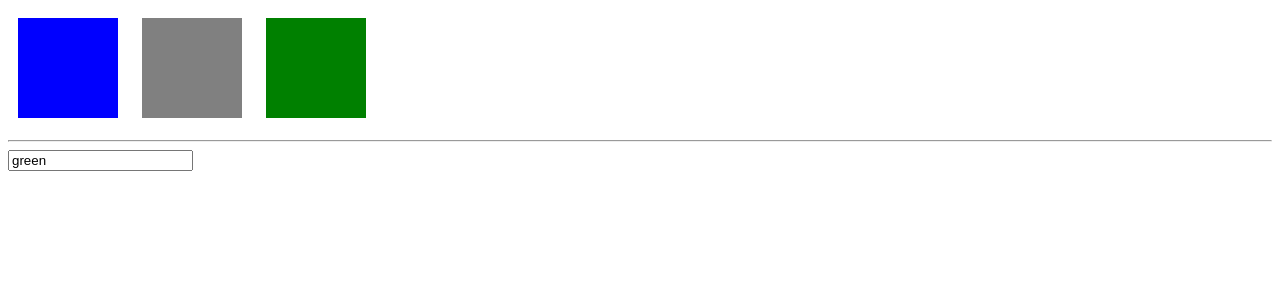
Repository: wojkos/Learn
Page: Vue/index6.html
These files come from the project's save history. The page is drawn as it stood at one moment and after the next save; the edit follows.
The browser window is 1280 px wide. The pictures show the whole page.

Above is the page before, as saved 2018-04-10 22:58:55.

After the next save:
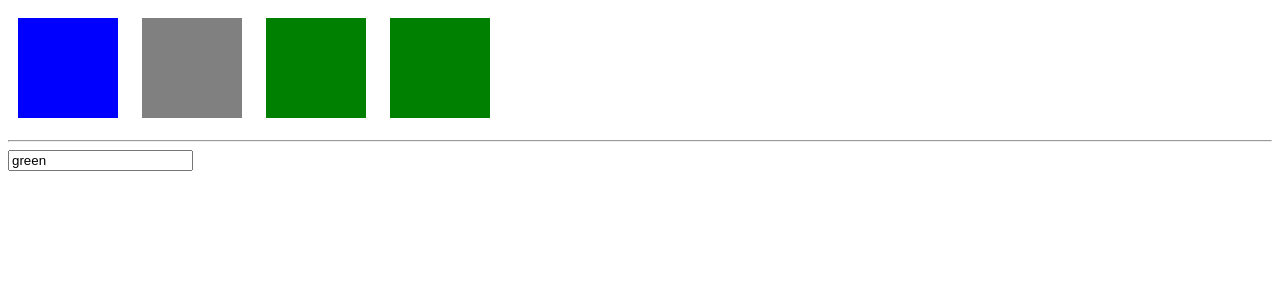
Saved 2 min 54 s later.
--- a/Vue/index6.html
+++ b/Vue/index6.html
@@ -34,6 +34,7 @@
         <div class="demo" @click="attachRed = !attachRed" :class="divClasses"></div>
         <div class="demo" :class="{red: attachRed}"></div>
         <div class="demo" :class="[color, {red: attachRed}]"></div>
+        <div class="demo" :style="{backgroundColor: color}"></div>
         <hr>
         <input type="text" v-model="color">
     </div>
